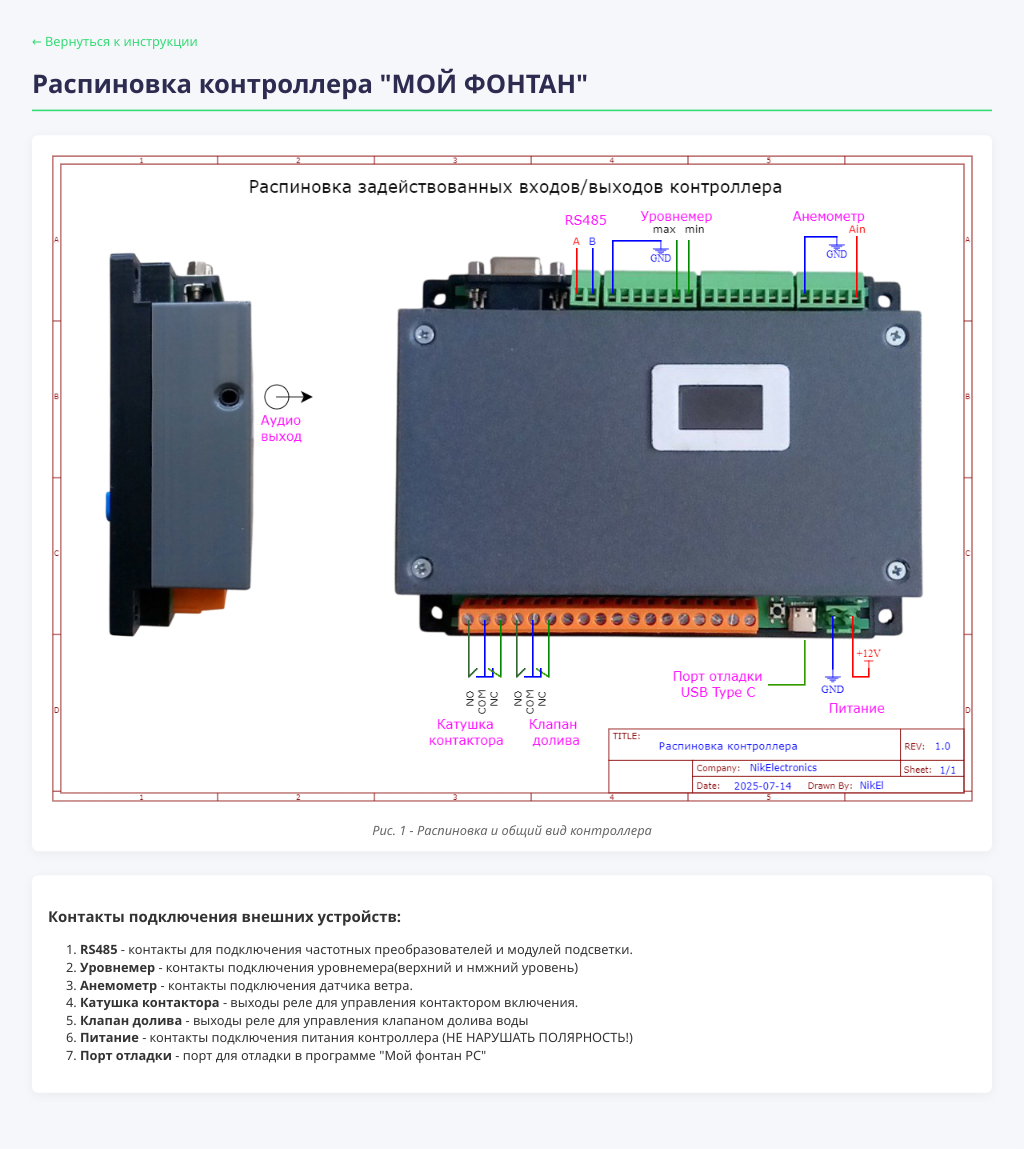
Repository: NikElectronics/fountain_manual
Page: pinout.html
These files come from the project's save history. The page is drawn as it stood at one moment and after the next save; the edit follows.
The browser window is 1280 px wide. The pictures show the whole page, at 80% of full size.

Above is the page before, as saved 2025-07-14 10:45:21.

### pinout.html
<!DOCTYPE html>
<html lang="ru">

<head>
    <meta charset="UTF-8">
    <meta name="viewport" content="width=device-width, initial-scale=1.0">
    <title>Pinout</title>
    <style>
        :root {
            --primary-color: #2d2c50;
            --secondary-color: #34db74;
            --light-gray: #f5f7fa;
            --white: #ffffff;
        }

        body {
            font-family: 'Segoe UI', Tahoma, Geneva, Verdana, sans-serif;
            margin: 0;
            padding: 0;
            background-color: var(--light-gray);
            color: #333;
        }

        .container {
            max-width: 1200px;
            margin: 0 auto;
            padding: 40px;
        }

        h1 {
            color: var(--primary-color);
            border-bottom: 2px solid var(--secondary-color);
            padding-bottom: 12px;
            margin-top: 0;
        }

        .back-link {
            display: inline-block;
            margin-bottom: 20px;
            color: var(--secondary-color);
            text-decoration: none;
            font-weight: 500;
        }

        .back-link:hover {
            text-decoration: underline;
        }

        .screenshot-container {
            text-align: center;
            margin: 30px 0;
            padding: 15px;
            background: var(--white);
            border-radius: 8px;
            box-shadow: 0 3px 15px rgba(0, 0, 0, 0.05);
        }

        .screenshot {
            max-width: 100%;
            height: auto;
            border-radius: 6px;
        }

        .caption {
            font-style: italic;
            color: #666;
            margin-top: 10px;
        }

        .description {
            background: var(--white);
            padding: 20px;
            border-radius: 8px;
            margin: 30px 0;
            box-shadow: 0 3px 15px rgba(0, 0, 0, 0.05);
        }
    </style>
</head>

<body>
    <div class="container">
        <a href="index.html" class="back-link">← Вернуться к инструкции</a>

        <h1>Распиновка контроллера "МОЙ ФОНТАН"</h1>

        <div class="screenshot-container">
            <img src="screenshots/pinout.png" alt="Изображение контроллера" class="screenshot">
            <div class="caption">Рис. 1 - Распиновка и общий вид контроллера</div>
        </div>

        <div class="description">
            <h3>Контакты подключения внешних устройств:</h3>
            <ol>
                <li><strong>RS485</strong> - контакты для подключения частотных преобразователей и модулей подсветки.</li>
                <li><strong>Уровнемер</strong> - контакты подключения уровнемера(верхний и нмжний уровень)</li>
                <li><strong>Анемометр</strong> - контакты подключения датчика ветра.</li>
                <li><strong>Катушка контактора</strong> - выходы реле для управления контактором включения.</li>
                <li><strong>Клапан долива</strong> - выходы реле для управления клапаном долива воды</li>
                <li><strong>Питание</strong> - контакты подключения питания контроллера (НЕ НАРУШАТЬ ПОЛЯРНОСТЬ!)</li>
                <li><strong>Порт отладки</strong> - порт для отладки в программе "Мой фонтан PC"</li>
            </ol>
        </div>
    </div>
</body>

</html>

After the next save:
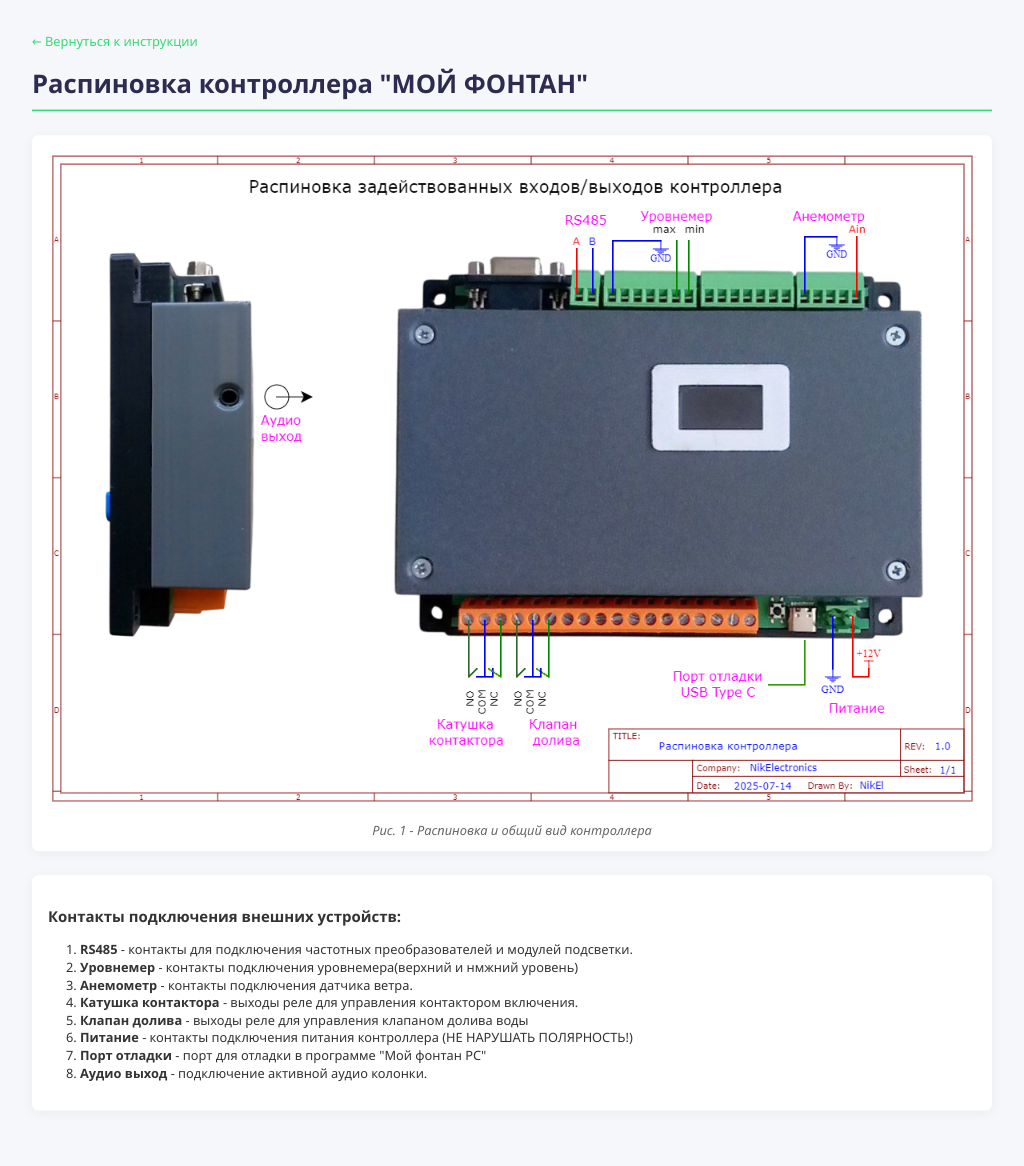
Saved 4 h 12 min later.
--- a/pinout.html
+++ b/pinout.html
@@ -98,6 +98,7 @@
                 <li><strong>Клапан долива</strong> - выходы реле для управления клапаном долива воды</li>
                 <li><strong>Питание</strong> - контакты подключения питания контроллера (НЕ НАРУШАТЬ ПОЛЯРНОСТЬ!)</li>
                 <li><strong>Порт отладки</strong> - порт для отладки в программе "Мой фонтан PC"</li>
+                <li><strong>Аудио выход</strong> - подключение активной аудио колонки.</li>
             </ol>
         </div>
     </div>
